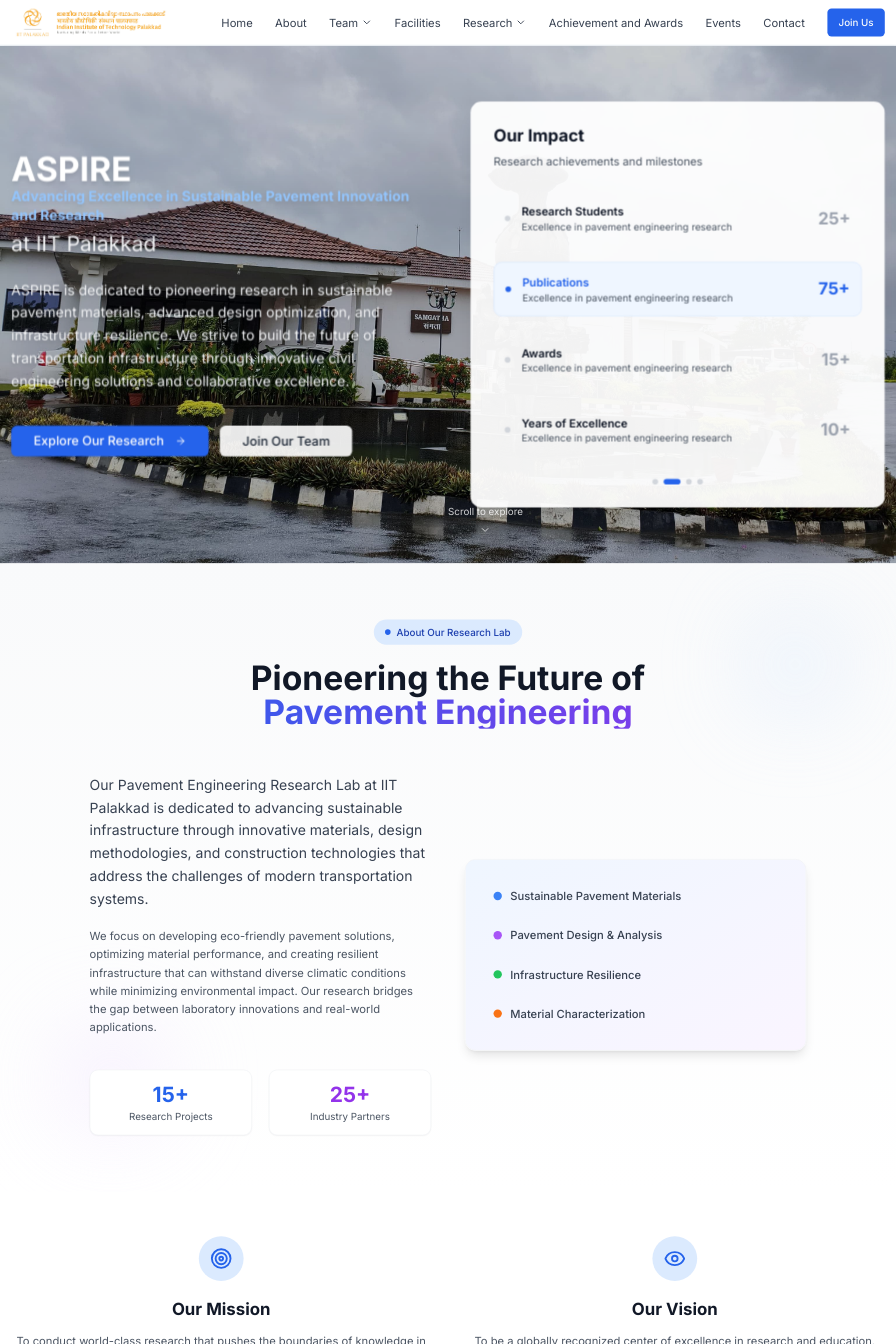
Repository: Gopikrish-30/ARISE
Page: /
These files come from the project's save history. The page is drawn as it stood at one moment and after a run of saves; the edit follows.
The browser window is 1280 px wide. The pictures show the part of the page from y = 0 to 1920 px (the page is 4937 px tall before and 4921 px after), at 70% of full size.
The project was rebuilt for these pictures with package versions that can differ from the ones it lists, and the page was loaded fresh each time. Some packages were replaced by stand-ins written for this rebuild. The framework's server and built-in components were replaced by stand-ins that run in the browser. Also part of the build but not shown: next.config.mjs.

Above is the page before, as saved 2025-06-29 14:50:42.

After the next 2 saves:
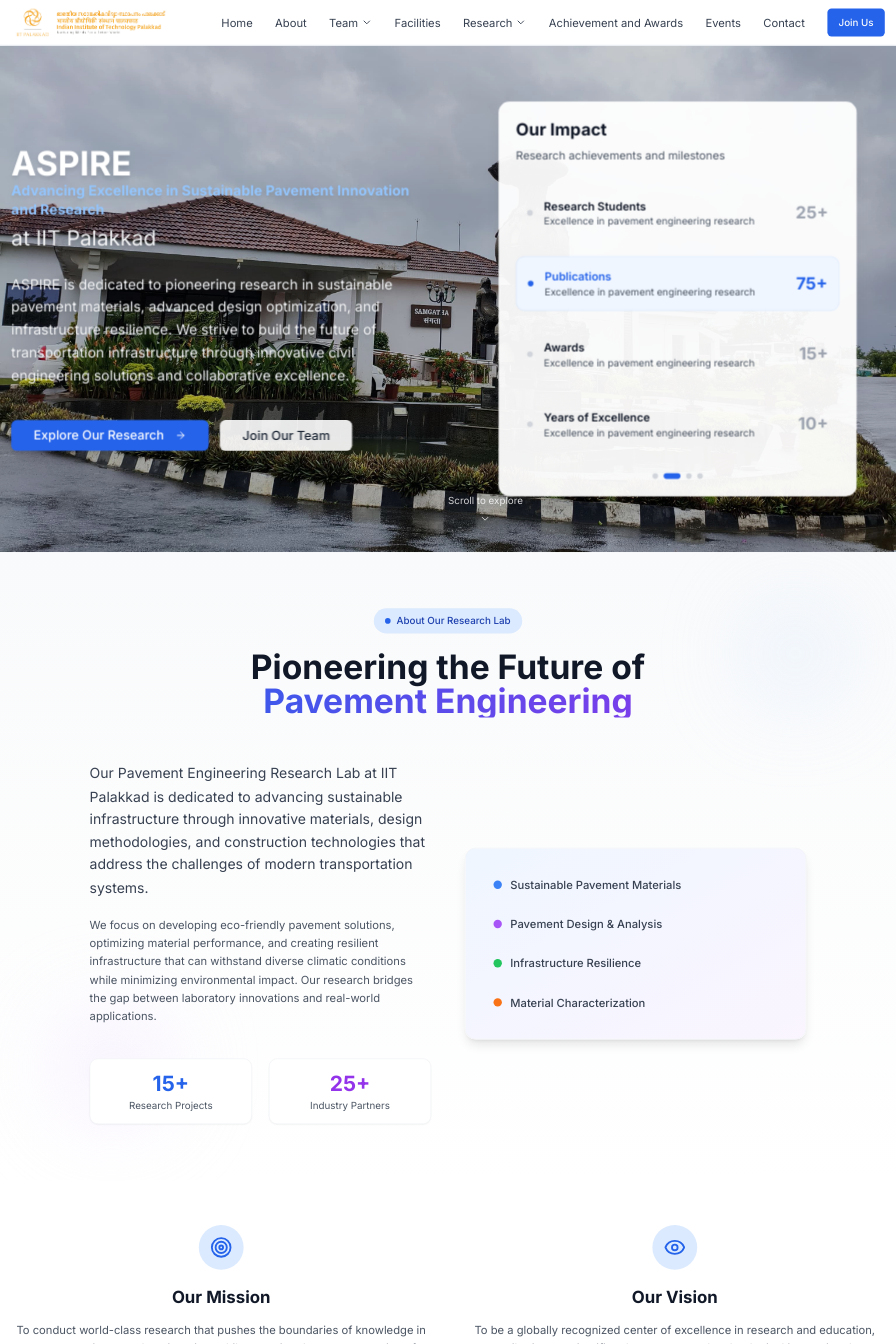
The 2 saves are shown as one change because they came seconds apart.
The last was saved 12 s later.
--- a/components/hero.tsx
+++ b/components/hero.tsx
@@ -91,7 +91,7 @@
 
             {/* Right Content - Clean Stats Display */}
             <div className={`${isVisible ? "animate-fade-in-right" : "opacity-0"}`}>
-              <div className="bg-white/95 backdrop-blur-md rounded-2xl p-8 shadow-xl border border-white/20">
+            <div className="bg-white/95 backdrop-blur-md rounded-2xl p-6 shadow-xl border border-white/20 max-w-lg mx-auto">
                 {/* Header */}
                 <div className="mb-8">
                   <h3 className="text-2xl font-bold text-gray-900 mb-2">Our Impact</h3>

After the save that followed:
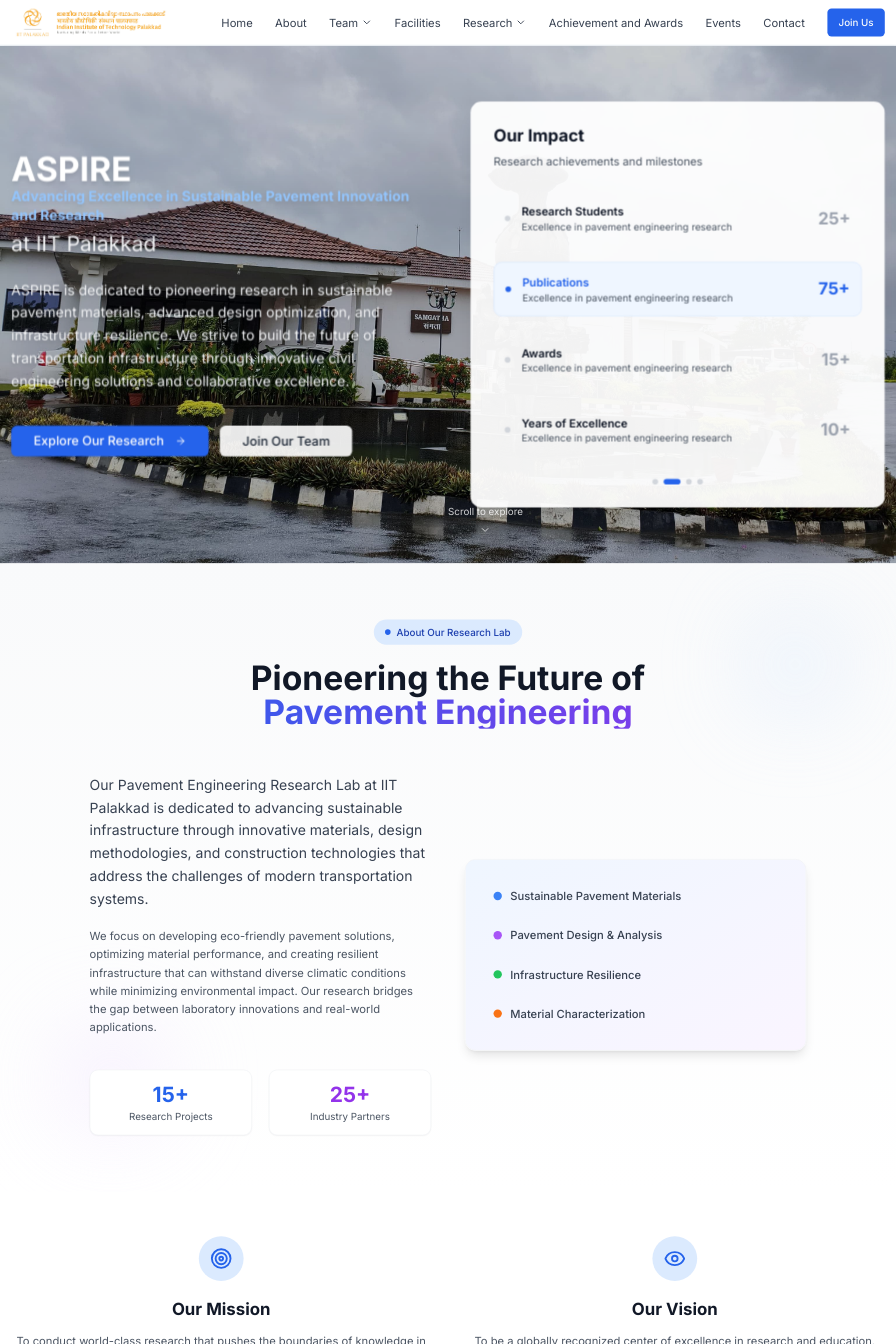
Saved 63 s later.
--- a/components/hero.tsx
+++ b/components/hero.tsx
@@ -91,7 +91,7 @@
 
             {/* Right Content - Clean Stats Display */}
             <div className={`${isVisible ? "animate-fade-in-right" : "opacity-0"}`}>
-            <div className="bg-white/95 backdrop-blur-md rounded-2xl p-6 shadow-xl border border-white/20 max-w-lg mx-auto">
+              <div className="bg-white/95 backdrop-blur-md rounded-2xl p-8 shadow-xl border border-white/20">
                 {/* Header */}
                 <div className="mb-8">
                   <h3 className="text-2xl font-bold text-gray-900 mb-2">Our Impact</h3>
